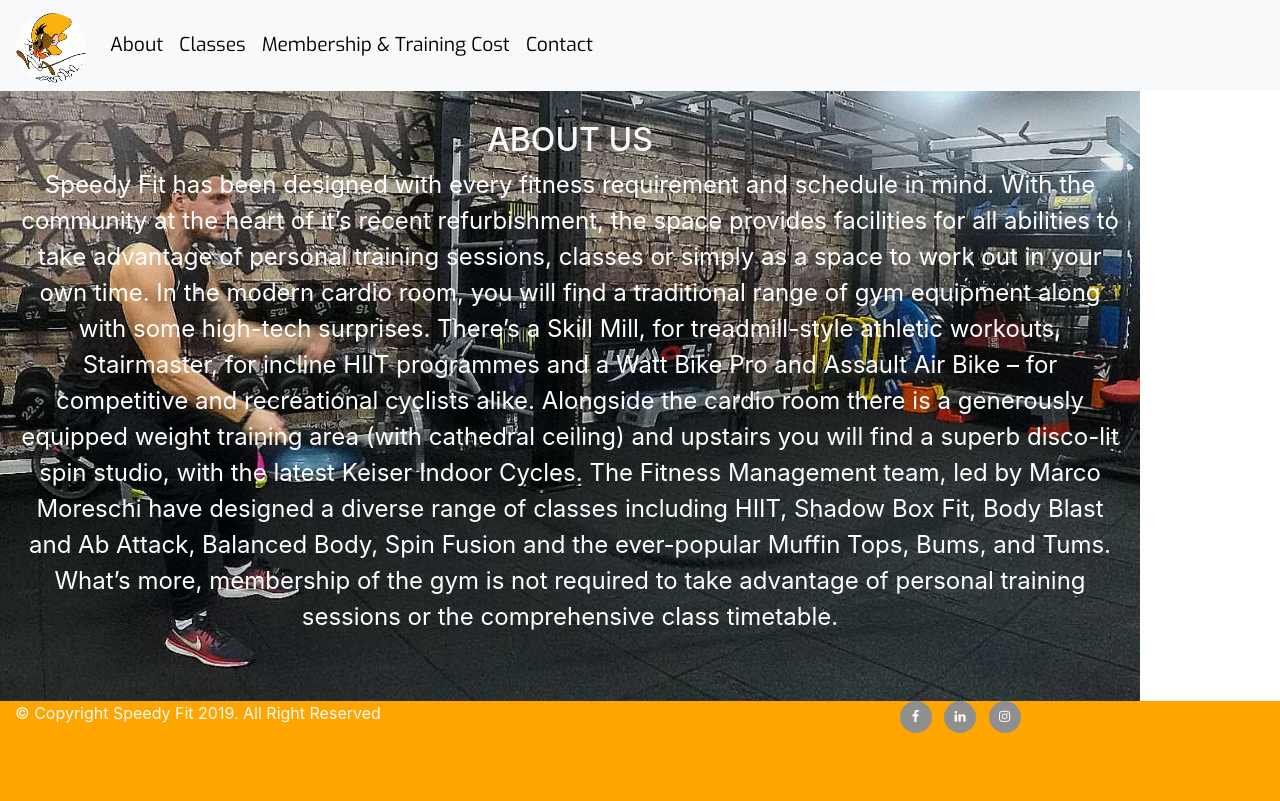
Repository: marcomoreschi/Milestrone-project
Page: index.html
The author's editor kept a record of every edit. The page is drawn from the files as they stood at one moment, then again after the next edit.
The browser window is 1280 px wide. The pictures show the whole page.
Some web libraries are served in a nearby version.

Above is the page before.

### index.html
<!DOCTYPE html>
<html lang="en">

<head>
    <meta charset="UTF-8">
    <meta name="viewport" content="width=device-width, initial-scale=1.0">
    <meta http-equiv="X-UA-Compatible" content="ie=edge">
    <link rel="stylesheet" href="https://maxcdn.bootstrapcdn.com/bootstrap/4.1.3/css/bootstrap.min.css">
    <link rel="stylesheet" href="https://maxcdn.bootstrapcdn.com/font-awesome/4.7.0/css/font-awesome.min.css" type="text/css" />
    <link rel="stylesheet" href="https://cdnjs.cloudflare.com/ajax/libs/hover.css/2.1.1/css/hover-min.css" type="text/css" />
    <link rel="stylesheet" href="assets/css/style.css">
    <title>Speedy Fit</title>
</head>

<body>

    <header>
        <nav class="navbar navbar-expand-lg navbar-light bg-light">
            <a class="navbar-brand" href="index.html">
      <img src="assets/images/logo.jpg"></img>
        </a>
            <button class="navbar-toggler" type="button" data-toggle="collapse" data-target="#navbarNavDropdown" aria-controls="navbarNavDropdown" aria-expanded="false" aria-label="Toggle navigation">
    <span class="navbar-toggler-icon"></span>
  </button>
            <div class="collapse navbar-collapse" id="navbarNavDropdown">
                <ul class="navbar-nav">
                    <li class="nav-item active">
                        <a class="nav-link" href="index.html">About<span class="sr-only">(current)</span></a>
                    </li>
                    <li class="nav-item">
                        <a class="nav-link" href="classes.html">Classes</a>
                    </li>
                    <li class="nav-item">
                        <a class="nav-link" href="membership&trainingcost.html">Membership & Training Cost</a>
                    </li>
                    <li class="nav-item">
                        <a class="nav-link" href="contact.html">Contact</a>
                    </li>
                </ul>
            </div>
        </nav>

    </header>

    <section class="container about-us-section">

        <div class="row">

            <h2 class="col-sm-12">About Us</h2>

            <p class=col-sm-12> Speedy Fit has been designed with every fitness requirement and schedule in mind. With the community at the heart of it’s recent refurbishment, the space provides facilities for all abilities to take advantage of personal training sessions, classes
            or simply as a space to work out in your own time. In the modern cardio room, you will find a traditional range of gym equipment along with some high-tech surprises. There’s a Skill Mill, for treadmill-style athletic workouts, Stairmaster,
            for incline HIIT programmes and a Watt Bike Pro and Assault Air Bike – for competitive and recreational cyclists alike. Alongside the cardio room there is a generously equipped weight training area (with cathedral ceiling) and upstairs you
            will find a superb disco-lit spin studio, with the latest Keiser Indoor Cycles. The Fitness Management team, led by Marco Moreschi have designed a diverse range of classes including HIIT, Shadow Box Fit, Body Blast and Ab Attack, Balanced
            Body, Spin Fusion and the ever-popular Muffin Tops, Bums, and Tums. What’s more, membership of the gym is not required to take advantage of personal training sessions or the comprehensive class timetable.
            </p>

        </div>

    </section>

    <footer class="container-fluid ">
        <div id="footer-details " class="row ">
            <div class="col-sm-6 ">
                <p class="copyright">&#169; Copyright Speedy Fit 2019. All Right Reserved</p>
            </div>
            <div class="col-sm-6 ">
                <ul class="list-inline social-links ">
                    <li class="list-inline-item ">
                        <a target="_blank " href="# ">
                            <i class="fa fa-facebook " aria-hidden="true "></i>
                            <span class="sr-only ">Facebook</span>
                        </a>
                    </li>
                    <li class="list-inline-item ">
                        <a target="_blank " href="#">
                            <i class="fa fa-linkedin " aria-hidden="true "></i>
                            <span class="sr-only ">LinkedIn</span>
                        </a>
                    </li>
                    <li class="list-inline-item ">
                        <a target="_blank " href="# ">
                            <i class="fa fa-instagram " aria-hidden="true "></i>
                            <span class="sr-only ">Instagram</span>
                        </a>
                    </li>
                </ul>
            </div>
        </div>
    </footer>

</body>

</html>

### assets/css/style.css
@import url('https://fonts.googleapis.com/css?family=Roboto:100,200,300,400,500,600,700|Exo:100,200,300,400,500,600,700');


/* -----------------------------------------Heading */

.navbar {
    margin-bottom: 0;
    border: 0;
    background-color: black;
    text-align: center;
}

.navbar-brand {
    height: 75px;
}

.navbar-brand img {
    width: 70px;
    height: 70px;
    border-radius: 50%;
}

.nav-item a {
    font-size: 1.2em;
    font-family: 'Exo', sans-serif;
    color: black !important;
}

.navbar ul li a:hover {
    color: #ffa500 !important;
    transition: all 0.35s ease-in-out;
    -moz-transition: all 0.35s ease-in-out;
    -webkit-transition: all 0.35s ease-in-out;
    -o-transition: all 0.35s ease-in-out;
}

/* -----------------------------------------About */

.about-us-section {
    margin: 0;
    background-position: center;
    background-size: cover;
    width: 100%;
    height: 100%;
}

.about-us-section {
    background: url("../images/rope.jpg") no-repeat center;
    min-height: 100%;
    min-width: 1024px;
   -webkit-background-size: cover;
   -moz-background-size: cover;
   -o-background-size: cover;
    background-size: cover;
}

.container h2 {
    text-align: center;
    padding-top: 30px;
    color: #fafafa;
    text-transform: uppercase;
}

.container p {
    text-align: center;
    padding-bottom: 50px;
    color: #fff;
    font-size: 1.5em;
}


/* -----------------------------------------Footer */

footer {
    background-color: #ffa500;
    color: #fafafa;
    min-height: 100px;
    margin: 0;
}

.social-links {
    padding-bottom: 15px;
    text-align: center;
}

.social-links li a i {
    width: 32px;
    height: 32px;
    padding: 12px 0;
    border-radius: 50%;
    font-size: 13px;
    line-height: 7px;
    text-align: center;
    color: #fafafa;
    background: #8f8f8f;
    transition: all 0.35s ease-in-out;
    -moz-transition: all 0.35s ease-in-out;
    -webkit-transition: all 0.35s ease-in-out;
    -o-transition: all 0.35s ease-in-out;
}

.social-links li a i:hover {
    background: #e84610;
}

#footer-details {
    padding: 20px;
    text-align: center;
}

After the next edit:
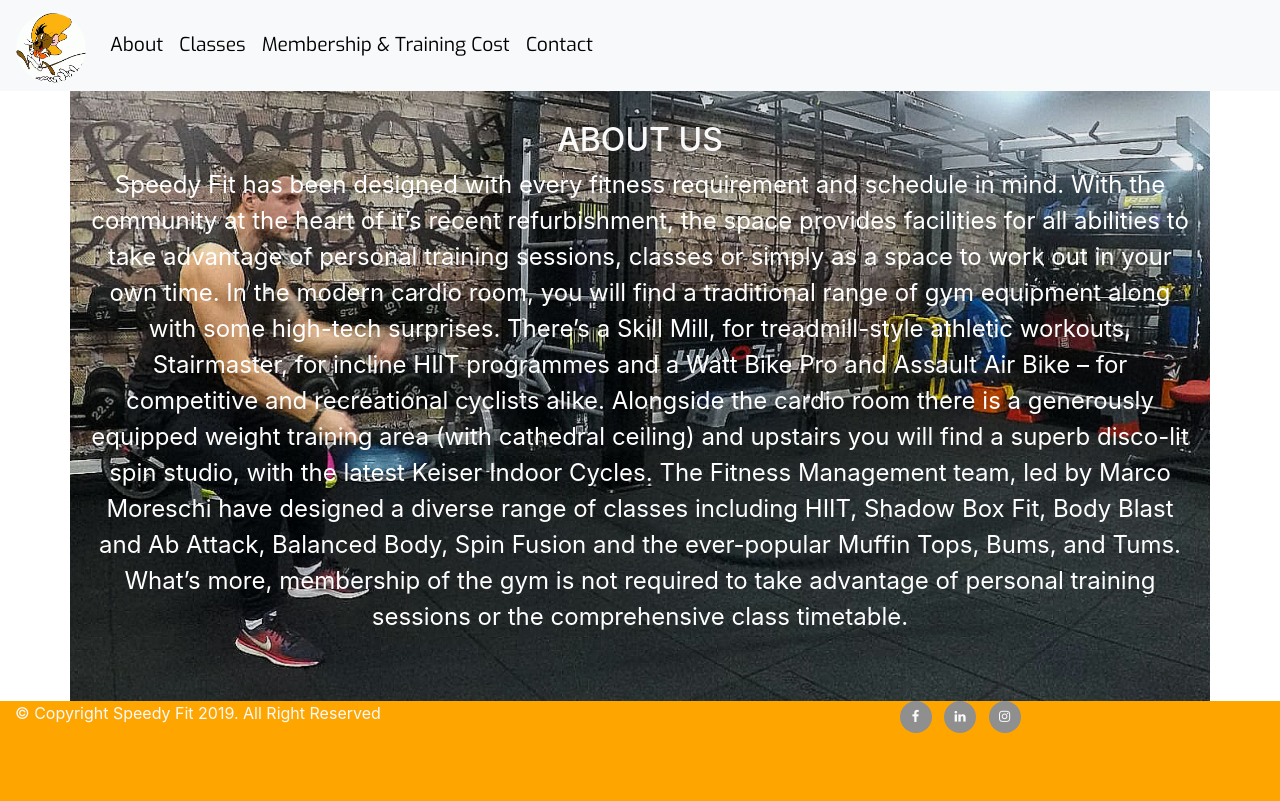
The edit:
--- a/assets/css/style.css
+++ b/assets/css/style.css
@@ -36,13 +36,7 @@
 
 /* -----------------------------------------About */
 
-.about-us-section {
-    margin: 0;
-    background-position: center;
-    background-size: cover;
-    width: 100%;
-    height: 100%;
-}
+
 
 .about-us-section {
     background: url("../images/rope.jpg") no-repeat center;
